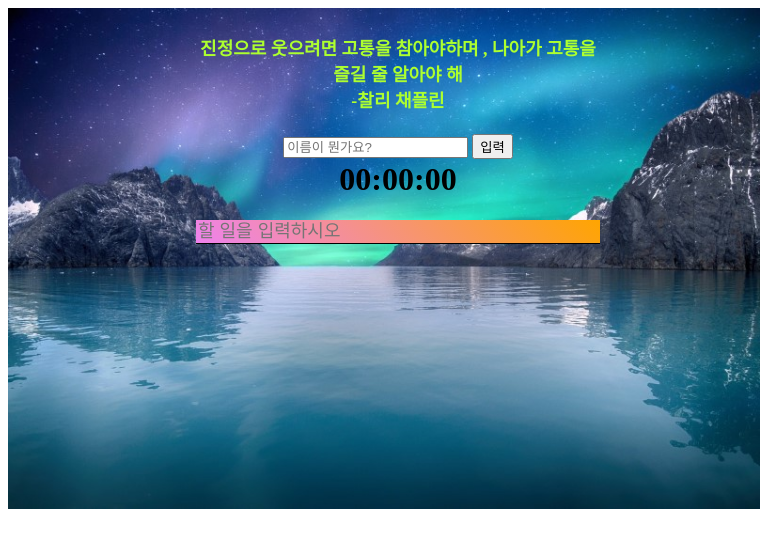
Repository: jun01270/F-E-practice
Page: index.html
An editor plug-in stored every save of this project. The page is shown before and after the next save, followed by the edit.
The browser window is 768 px wide. The pictures show the whole page.

Above is the page before, as saved 2023-07-12 15:37:13.
Console error: TypeError: Cannot read properties of null (reading 'querySelector')

### index.html
<!DOCTYPE html>
<html lang="en">
  <head>
    <meta charset="UTF-8" />
    <meta http-equiv="X-UA-Compatible" content="IE=edge" />
    <meta name="viewport" content="width=device-width, initial-scale=1.0" />
    <link rel="stylesheet" href="style.css" />
    <title>Document</title>
  </head>
  <body>
    <div id="wrapper">
      <form id="userName-form" class="hidden">
        <input required type="text" placeholder="이름이 뭔가요?" />
        <input type="submit" value="입력" />
      </form>
      <h1 id="result"></h1>
      <h1 id="clock">00:00:00</h1>
      <form id="todo-form">
        <input id="input-blank" type="text" placeholder="할 일을 입력하시오" />
      </form>
      <ul id="todo-list"></ul>
      <div id="quote">
        <span></span>
        <div></div>
      </div>
    </div>
    <script src="js/greeting.js"></script>
    <script src="js/clock.js"></script>
    <script src="js/quotes.js"></script>
    <script src="js/background.js"></script>
    <script src="js/todo.js"></script>
    <script src="js/weather.js"></script>
  </body>
</html>

### style.css
.hidden {
  display: none;
}

#result {
  margin-top: 50px;
}

#background {
  width: 100%;
  height: 100%;
}

body {
  position: relative;
}

#wrapper {
  position: absolute;
  top: 20%;
  left: 45%;
  text-align: center;
  height: 80%;
}

#clock {
  font-size: 600%;
}

#input-blank {
  width: 400px;
  border-top: none;
  border-left: none;
  border-right: none;
  border-bottom: 1px solid black;
}

#todo-list {
  color: yellow;
}

#quote {
  position: absolute;
  top: -150px;
  color: greenyellow;
  font-size: xx-large;
  font-weight: bold;
}

#input-blank {
  background: linear-gradient(45deg, Violet, Orange);
  font-size: xx-large;
}

#todo-list {
  list-style: none;
}

/* for mobile */
@media screen and (max-width: 768px) {
  #quote {
    position: absolute;
    top: -100px;
    color: greenyellow;
    text-align: center;
    font-size: large;
    font-weight: bold;
  }

  #clock {
    font-size: 200%;
    margin-top: -10px;
    margin-bottom: px;
  }

  #result {
    margin-top: 0px;
    font-size: large;
  }

  #wrapper {
    position: absolute;
    top: 25%;
    left: 25%;
    text-align: center;
    height: 80%;
  }

  #input-blank {
    background: linear-gradient(45deg, Violet, Orange);
    font-size: large;
  }
}

### js/greeting.js
const userNameBtn = document.querySelector("#userName-form submit");
const userName = document.querySelector("#userName-form input");
const loginForm = document.querySelector("#userName-form");
const firstH1 = document.getElementById("result");
const SavedUserName = localStorage.getItem("username");
const HIDDEN_CLASSNAME = "hidden";

function loginResult(e) {
  e.preventDefault();
  loginForm.classList.add(HIDDEN_CLASSNAME);
  const userName1 = userName.value;
  localStorage.setItem("username", userName1);
  paintUserName();
}

function paintUserName() {
  const userName1 = localStorage.getItem("username");
  firstH1.innerText = `Hello ${userName1}`;
  firstH1.classList.remove(HIDDEN_CLASSNAME);
}

if (SavedUserName === null) {
  loginForm.classList.remove(HIDDEN_CLASSNAME);
  loginForm.addEventListener("submit", loginResult);
} else {
  paintUserName();
}

function deleteUserName() {
  localStorage.removeItem("username");
  location.reload();
}

### js/clock.js
const all = document.querySelector("div#all");
const clock = all.querySelector("h1#clock");

function getClock() {
  const date = new Date();
  let Hours = String(date.getHours()).padStart(2, "0");
  let Minutes = String(date.getMinutes()).padStart(2, "0");
  let Seconds = String(date.getSeconds()).padStart(2, "0");
  // console.log(`${date.getHours()}:${date.getMinutes()}:${date.getSeconds()}`);
  clock.innerText = `${Hours}:${Minutes}:${Seconds}`;
}

getClock();
setInterval(getClock, 1000);

### js/quotes.js
const quotes = [
  {
    quote: "삶이 있는 한 희망은 있다",
    author: "-키케로",
  },
  {
    quote: "산다는것 그것은 치열한 전투이다.",
    author: "-로망로랑",
  },
  {
    quote: "하루에 3시간을 걸으면 7년 후에 지구를 한바퀴 돌 수 있다. ",
    author: "-사무엘존슨",
  },
  {
    quote: "언제나 현재에 집중할수 있다면 행복할것이다. ",
    author: "-파울로 코엘료",
  },
  {
    quote:
      "진정으로 웃으려면 고통을 참아야하며 , 나아가 고통을 즐길 줄 알아야 해 ",
    author: "-찰리 채플린",
  },
  {
    quote: "직업에서 행복을 찾아라. 아니면 행복이 무엇인지 절대 모를 것이다 ",
    author: "-엘버트 허버드",
  },
  {
    quote: "신은 용기있는자를 결코 버리지 않는다 ",
    author: "-켄러",
  },
  {
    quote: "피할수 없으면 즐겨라 ",
    author: "–로버트 엘리엇",
  },
];
const quoteCount = quotes.length;
const quote = document.querySelector("#quote span");
const author = document.querySelector("#quote div");

function showQuote() {
  const todaysQuote = quotes[Math.floor(Math.random() * quoteCount)];
  quote.innerText = todaysQuote.quote;
  author.innerText = todaysQuote.author;
}

showQuote();
setInterval(showQuote, 5000);

### js/background.js
const images = ["moon.jpg", "river.jpg", "orora.jpg"];
const chosenImage = images[Math.floor(Math.random() * images.length)];
const bgImage = document.createElement("img");
const content = document.getElementById("wrapper");
bgImage.id = "background";

bgImage.src = `img/${chosenImage}`;

document.body.appendChild(bgImage);
// bgImage.appendChild(content);

console.log(content);

### js/todo.js
const toDoForm = document.getElementById("todo-form");
const toDoInput = document.querySelector("#todo-form input");
const toDoLists = document.getElementById("todo-list");
const toDoId = document.querySelector("ul#todo-list li");
const TODOS_KEY = "todos";
let toDos = [];

function saveToDoLists() {
  localStorage.setItem(TODOS_KEY, JSON.stringify(toDos));
}

function deleteToDo(e) {
  const toDoList = e.target.parentNode;
  toDoList.remove();
  toDos = toDos.filter((toDo) => toDo.id !== parseInt(toDoList.id));
  saveToDoLists();
}

function paintToDo(newToDoObj) {
  const listOfToDo = document.createElement("li");
  listOfToDo.id = newToDoObj.id;
  const span = document.createElement("span");
  span.innerText = newToDoObj.text;
  const deleteButton = document.createElement("button");
  deleteButton.innerText = "❌";
  deleteButton.addEventListener("click", deleteToDo);
  listOfToDo.appendChild(span);
  listOfToDo.appendChild(deleteButton);
  toDoLists.appendChild(listOfToDo);
}

function handleToDoSubmit(e) {
  e.preventDefault();
  const newToDo = toDoInput.value;
  toDoInput.value = "";
  const newToDoObj = {
    text: newToDo,
    id: toDos.length + 1,
  };
  toDos.push(newToDoObj);
  paintToDo(newToDoObj);
  saveToDoLists();
}

toDoForm.addEventListener("submit", handleToDoSubmit);

const getToDo = localStorage.getItem(TODOS_KEY);
if (getToDo !== null) {
  const parseToDo = JSON.parse(getToDo);
  toDos = parseToDo;
  parseToDo.forEach(paintToDo);
}

### js/weather.js
const API_KEY = "fbf7375beaa21a73574692bdaef4a2e7";

function onGeoSuc(position) {
  const lat = position.coords.latitude;
  const lon = position.coords.longitude;
  console.log("Your position is", lat, lon);
  const url = `https://api.openweathermap.org/geo/1.0/reverse?lat=${lat}&lon=${lon}&limit={limit}&appid=${API_KEY}`;
  console.log(url);
}

function onGeoErr() {
  alert("위치를 찾을 수 없습니다.");
}
navigator.geolocation.getCurrentPosition(onGeoSuc, onGeoErr);

After the next save:
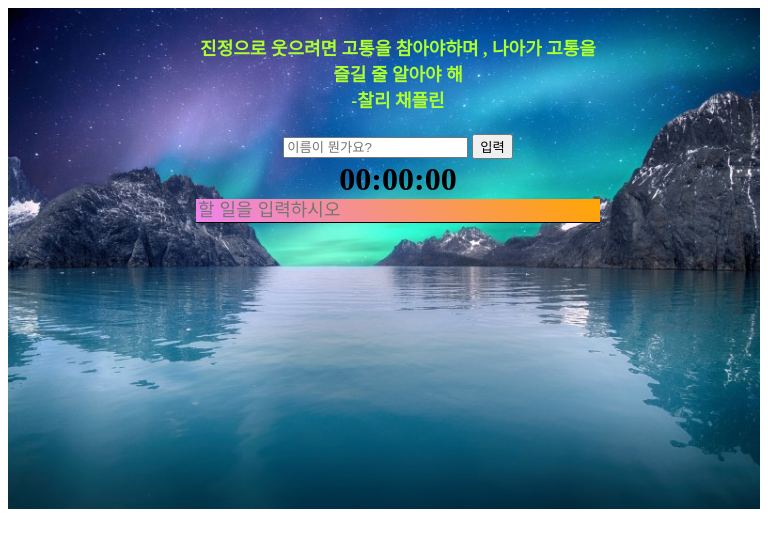
Saved 4 s later.
--- a/style.css
+++ b/style.css
@@ -70,7 +70,7 @@ body {
   #clock {
     font-size: 200%;
     margin-top: -10px;
-    margin-bottom: px;
+    margin-bottom: 1px;
   }
 
   #result {

After the save that followed:
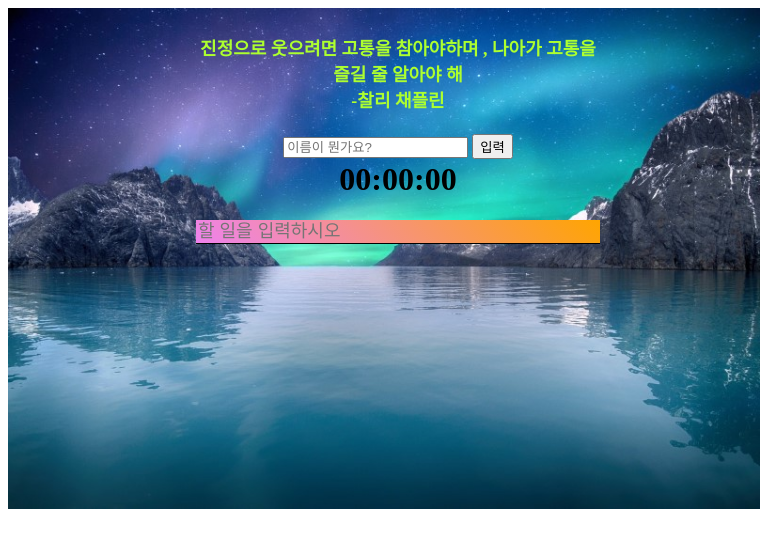
Saved 48 s later.
--- a/style.css
+++ b/style.css
@@ -70,7 +70,6 @@ body {
   #clock {
     font-size: 200%;
     margin-top: -10px;
-    margin-bottom: 1px;
   }
 
   #result {
